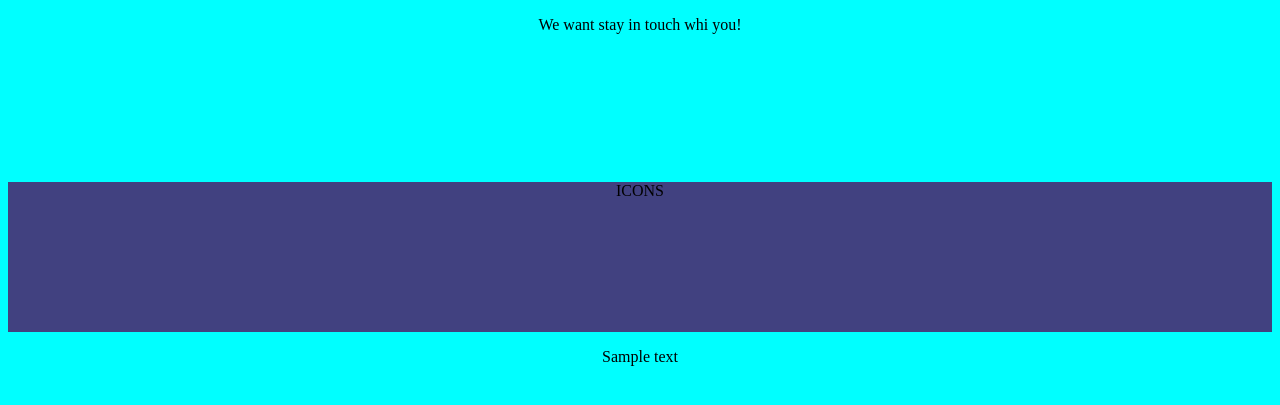
Repository: JhonMercedes/profile
Page: index.html
The author's editor kept a copy of each file at every save. The page is drawn from the files as they stood at one save, then again after the next save.
The browser window is 1280 px wide. The pictures show the whole page.

Above is the page before, as saved 2021-12-08 02:04:40.

After the next save:
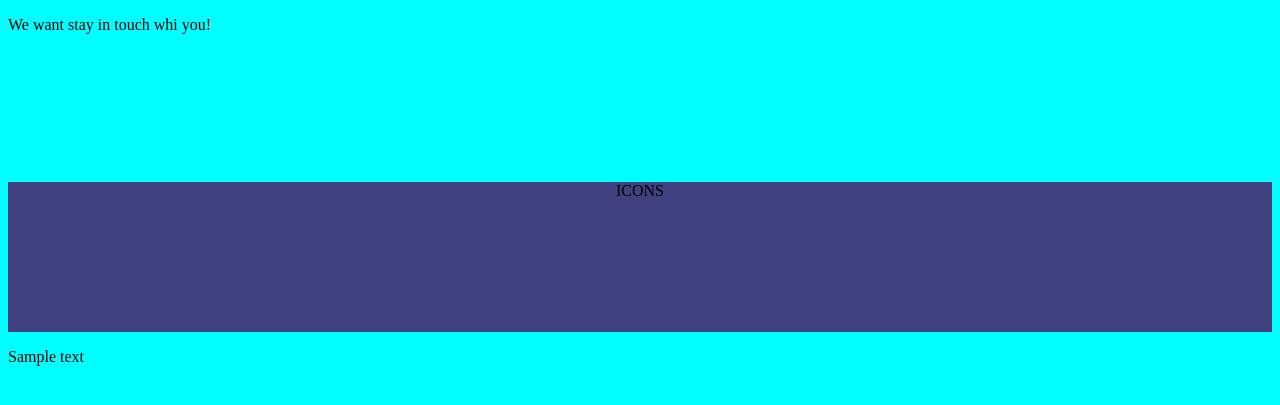
Saved 8 s later.
--- a/style.css
+++ b/style.css
@@ -5,8 +5,6 @@
 .container, .container2, .container3 {
     width: 100%;
     height: 150px;
-    text-align: center;
-    padding: auto;
 }
 
 .container2 {
